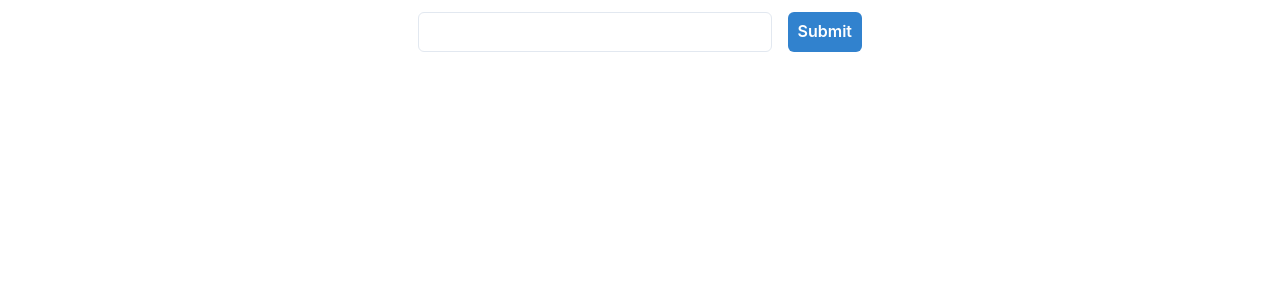
Repository: jammy729/todo-react
Page: /
The author's editor kept a copy of each file at every save. The page is drawn from the files as they stood at one save, then again after a run of saves.
The browser window is 1280 px wide. The pictures show the whole page.
The page's requests for data from a server got no answer. The project was rebuilt for these pictures with package versions that can differ from the ones it lists, and the page was loaded fresh each time. No one was signed in, and anything a server would have sent is missing. Also part of the build but not shown: vite.config.js.

Above is the page before, as saved 2022-07-19 12:32:00.

### index.html
<!DOCTYPE html>
<html lang="en">
  <head>
    <meta charset="UTF-8" />
    <link rel="icon" type="image/svg+xml" href="/vite.svg" />
    <meta name="viewport" content="width=device-width, initial-scale=1.0" />
    <title>ToDo App</title>
  </head>
  <body>
    <div id="root"></div>
    <script type="module" src="/src/main.jsx"></script>
  </body>
</html>

### src/main.jsx
import React from 'react'
import ReactDOM from 'react-dom/client'
import App from './App'
import { ChakraProvider } from '@chakra-ui/react'

ReactDOM.createRoot(document.getElementById('root')).render(
  <React.StrictMode>
    <ChakraProvider>
      <App />
    </ChakraProvider>
  </React.StrictMode>
)

### src/App.jsx
import React, { useState, useEffect } from 'react'
import {
  Container,
  Input,
  Button,
  SimpleGrid,
  Flex,
  Divider,
  Spacer,
  Box,
  ButtonGroup,
  Heading
} from '@chakra-ui/react'
import { db } from './firebase'
import { set, ref, onValue, remove, update } from 'firebase/database'
import { uid } from 'uid'

const App = () => {
  const [todo, setTodo] = useState('')
  const [todos, setTodos] = useState([])
  const [edit, setEdit] = useState(false)
  const [tempUuid, setTempUuid] = useState('')

  const handleChange = e => {
    setTodo(e.target.value)
  }

  // create
  const writeToDatabase = () => {
    const uuid = uid()
    set(ref(db, `/${uuid}`), {
      todo,
      uuid
    })

    setTodo('')
  }
  // read
  useEffect(() => {
    onValue(ref(db), snapshot => {
      setTodos([])
      const data = snapshot.val()
      if (data !== null) {
        Object.values(data).map(todo => {
          setTodos(oldArray => [...oldArray, todo])
        })
      }
    })
  }, [])

  // update
  const handleUpdate = () => {
    setEdit(true)
    setTempUuid(todo.uuid)
    setTodo(todo.todo)
  }

  const handleSubmitChange = () => {
    update(ref(db, `/${tempUuid}`), {
      todo,
      uuid: tempUuid
    })
    setTodo('')
    setEdit(false)
  }

  // delete
  const handleDelete = todo => {
    remove(ref(db, `/${todo.uuid}`))
  }

  return (
    <Container maxW='500px'>

      <Flex m={3}>
        <Input value={todo} onChange={handleChange} mr={4} />
        {edit ? (
          <>
            <Button onClick={handleSubmitChange}>Submit Change</Button>
            <Button
              onClick={() => {
                setEdit(false)
                setTodos('')
              }}
            >
              X
            </Button>
          </>
        ) : (
          <Button onClick={writeToDatabase} colorScheme='blue'>
            Submit
          </Button>
        )}
      </Flex>

      {todos.map(todo => (
        <>
          <Flex mb={3} m={3}>
            <Box>
              <h1>{todo.todo}</h1>
              {console.log(todo.todo)}
            </Box>
            <Spacer />
            <Box>
              <ButtonGroup>
                <Button
                  onClick={() => handleUpdate(todo)}
                  colorScheme='whatsapp'
                >
                  update
                </Button>
                <Button
                  onClick={() => handleDelete(todo)}
                  variant='outline'
                  colorScheme='red'
                >
                  delete
                </Button>
              </ButtonGroup>
            </Box>
          </Flex>
          <Divider />
        </>
      ))}
    </Container>
  )
}
export default App

### src/firebase.js
import { initializeApp } from 'firebase/app'
import { getDatabase } from 'firebase/database'
// web app configuration
const firebaseConfig = {
  apiKey: 'AIzaSyDkspjkDDXObs-4l_taNELJKtRdVwEASMk',
  authDomain: 'todo-app-73942.firebaseapp.com',
  projectId: 'todo-app-73942',
  storageBucket: 'todo-app-73942.appspot.com',
  messagingSenderId: '1010423735161',
  appId: '1:1010423735161:web:097586fa48bf62dfda85a8'
}

// Initialize Firebase
const app = initializeApp(firebaseConfig)
export const db = getDatabase(app)

After the next 3 saves:
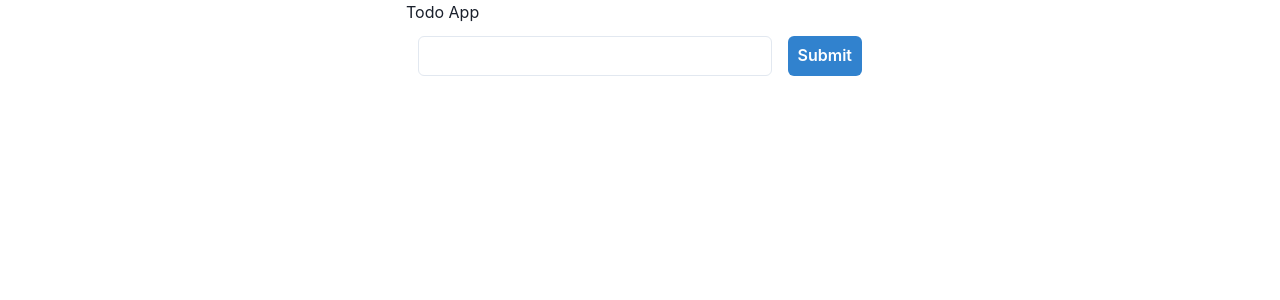
The 3 saves are shown as one change because they came seconds apart.
The last was saved 11 s later.
--- a/src/App.jsx
+++ b/src/App.jsx
@@ -71,7 +71,9 @@ const App = () => {
 
   return (
     <Container maxW='500px'>
-
+      <Box>
+        Todo App
+      </Box>
       <Flex m={3}>
         <Input value={todo} onChange={handleChange} mr={4} />
         {edit ? (
